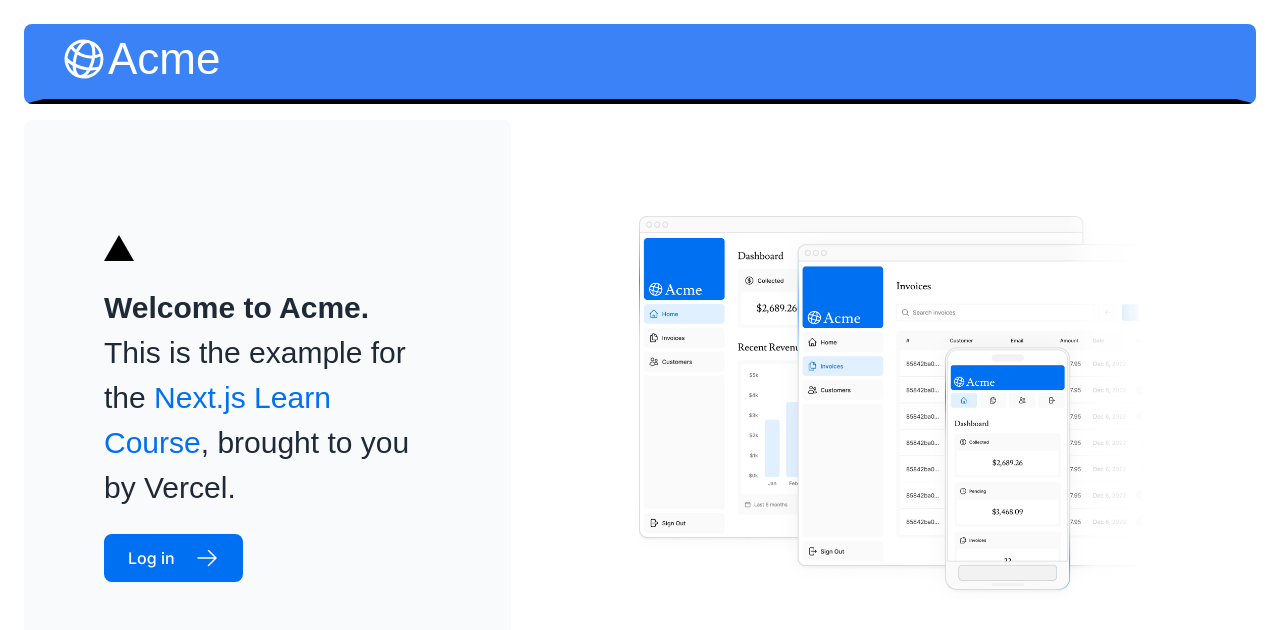
Repository: rlhardrock/NextJS
Page: /
An editor plug-in stored every save of this project. The page is shown before and after the next save, followed by the edit.
The browser window is 1280 px wide. The pictures show the whole page.
Some web fonts or font styles are not loaded; a fallback is used. The project was rebuilt for these pictures with package versions that can differ from the ones it lists, and the page was loaded fresh each time. The framework's server and built-in components were replaced by stand-ins that run in the browser. Also part of the build but not shown: next.config.ts.

Above is the page before, as saved 2024-12-15 21:18:16.

### app/page.tsx
import AcmeLogo from '@/app/ui/acme-logo';
import { ArrowRightIcon } from '@heroicons/react/24/outline';
import Link from 'next/link';
import styles from '@/app/ui/home.module.css';
import { lusitana } from './ui/fonts';
import Image from 'next/image';


export default function Page() {
  return (
    <main className="flex min-h-screen flex-col p-6">
      <div className={styles.shape}>
      {/* <div className="flex h-20 shrink-0 items-end rounded-lg bg-blue-500 p-4 md:h-52"> */}
        {<AcmeLogo />}
      </div>
      <div className="mt-4 flex grow flex-col gap-4 md:flex-row">
        <div className="flex flex-col justify-center gap-6 rounded-lg bg-gray-50 px-6 py-10 md:w-2/5 md:px-20">
          <div className="relative w-0 h-0 border-l-[15px] border-r-[15px] border-b-[26px] border-l-transparent border-r-transparent border-b-black"/>
          <p className={`${lusitana.className} text-xl text-gray-800 md:text-3xl md:leading-normal`}>
            <strong>Welcome to Acme.</strong> This is the example for the{' '}
            <a href="https://nextjs.org/learn/" className="text-blue-500">
              Next.js Learn Course
            </a>
            , brought to you by Vercel.
          </p>
          <Link
            href="/login"
            className="flex items-center gap-5 self-start rounded-lg bg-blue-500 px-6 py-3 text-sm font-medium text-white transition-colors hover:bg-blue-400 md:text-base" >
            <span>Log in</span> <ArrowRightIcon className="w-5 md:w-6" />
          </Link>
        </div>
        <div className="flex items-center justify-center p-6 md:w-3/5 md:px-28 md:py-12">
          {/* Add Hero Images Here */}
          <Image
            src="/hero-desktop.png"
            width={1000}
            height={760}
            className="hidden md:block"
            alt="Screenshots of the dashboard project showing desktop version"
          />
          <Image
            src="/hero-mobile.png"
            width={560}
            height={620}
            className="block md:hidden"
            alt="Screenshot of the dashboard project showing mobile version"
          />

        </div>
      </div>
    </main>
  );
}

### app/ui/fonts.ts
import { Inter, Lusitana } from 'next/font/google';

export const inter = Inter({ subsets: ['latin'] });

export const lusitana = Lusitana({
     weight: ['400', '700'],
     subsets: ['latin'],
});

### app/ui/home.module.css
.shape {
  /* height: 0; */
  /* width: 0; */
  border-bottom: 5px solid black;
  border-left: 20px solid transparent;
  border-right: 20px solid transparent;
  display: flex; /* Corresponde a "flex" */
  height: 5rem; /* Corresponde a "h-20" */
  flex-shrink: 0; /* Corresponde a "shrink-0" */
  align-items: flex-end; /* Corresponde a "items-end" */
  border-radius: 0.5rem;
  background-color: #3b82f6; /* Corresponde a "bg-blue-500" */
  padding: 1rem; /* Corresponde a "p-4" */
}

Loaded but not shown: app/layout.tsx (common file); app/ui/global.css (common file); app/ui/acme-logo.tsx (common file); tailwind.config.ts (common file)

After the next save:
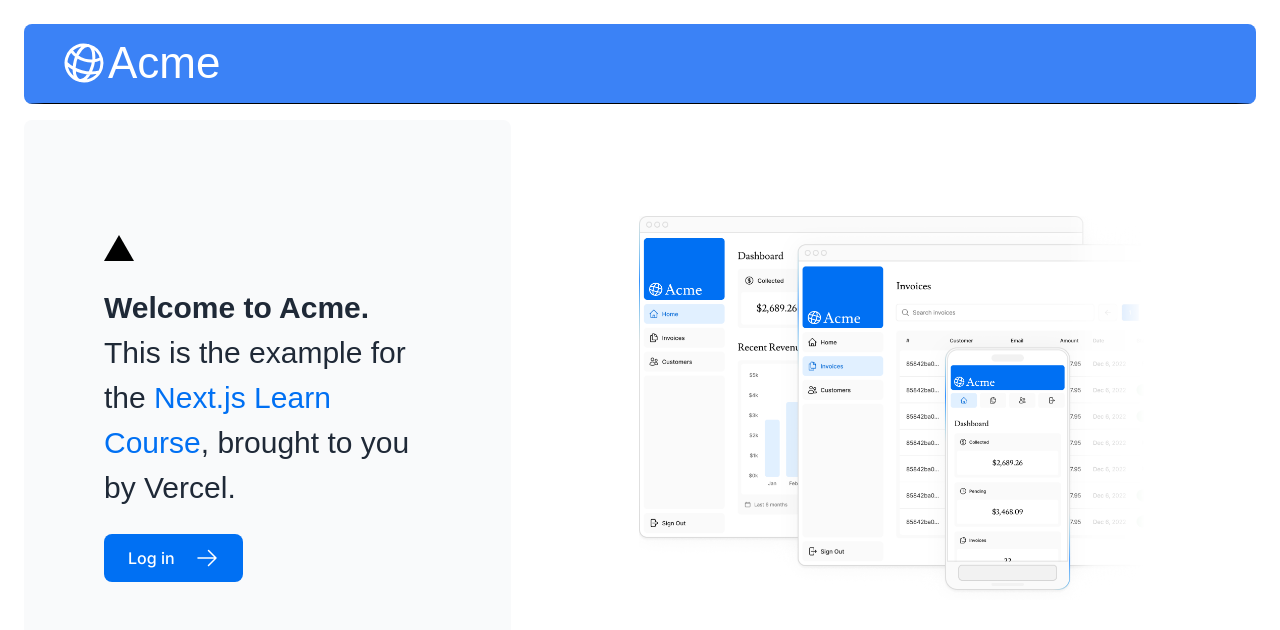
Saved 8 s later.
--- a/app/ui/home.module.css
+++ b/app/ui/home.module.css
@@ -1,7 +1,7 @@
 .shape {
   /* height: 0; */
   /* width: 0; */
-  border-bottom: 5px solid black;
+  border-bottom: 1px solid black;
   border-left: 20px solid transparent;
   border-right: 20px solid transparent;
   display: flex; /* Corresponde a "flex" */
